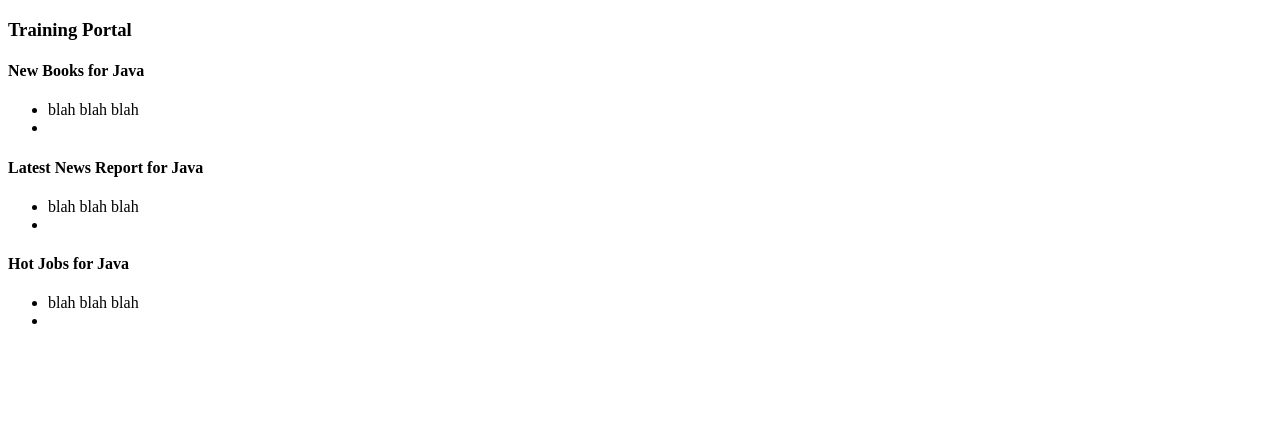
Repository: mohdsalman1994/JspServletProjects
Page: http://localhost/jspdemo/cookies-homepage.jsp
An editor plug-in stored every save of this project. The page is shown before and after the next save, followed by the edit.
The browser window is 1280 px wide. The pictures show the whole page.
The page is served by Tomcat 9.

Above is the page before, as saved 2017-08-04 05:12:57.

After the next save:
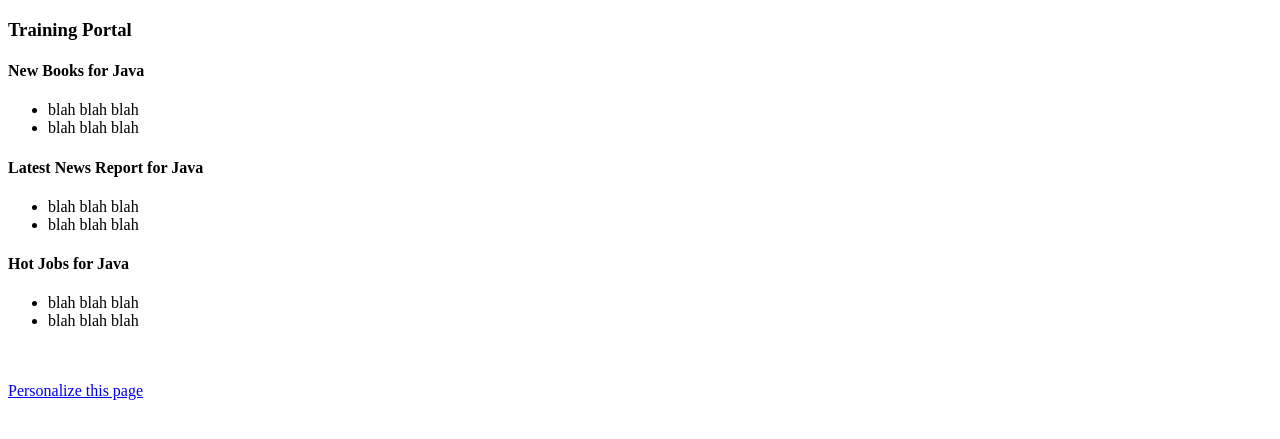
Saved 5 min 9 s later.
--- a/jspdemo/WebContent/cookies-homepage.jsp
+++ b/jspdemo/WebContent/cookies-homepage.jsp
@@ -39,7 +39,7 @@
 
 	<ul>
 		<li>blah blah blah</li>
-		<li></li>
+		<li>blah blah blah</li>
 	</ul>
 
 
@@ -47,16 +47,18 @@
 
 	<ul>
 		<li>blah blah blah</li>
-		<li></li>
+		<li>blah blah blah</li>
 	</ul>
 
 	<h4>Hot Jobs for <%= favouriteLanguage %></h4>
 
 	<ul>
 		<li>blah blah blah</li>
-		<li></li>
+		<li>blah blah blah</li>
 	</ul>
 
-	<a href="cookie-personalize-form.html"></a>
+	<br /><br />
+
+	<a href="cookie-personalize-form.html">Personalize this page</a>
 </body>
 </html>
